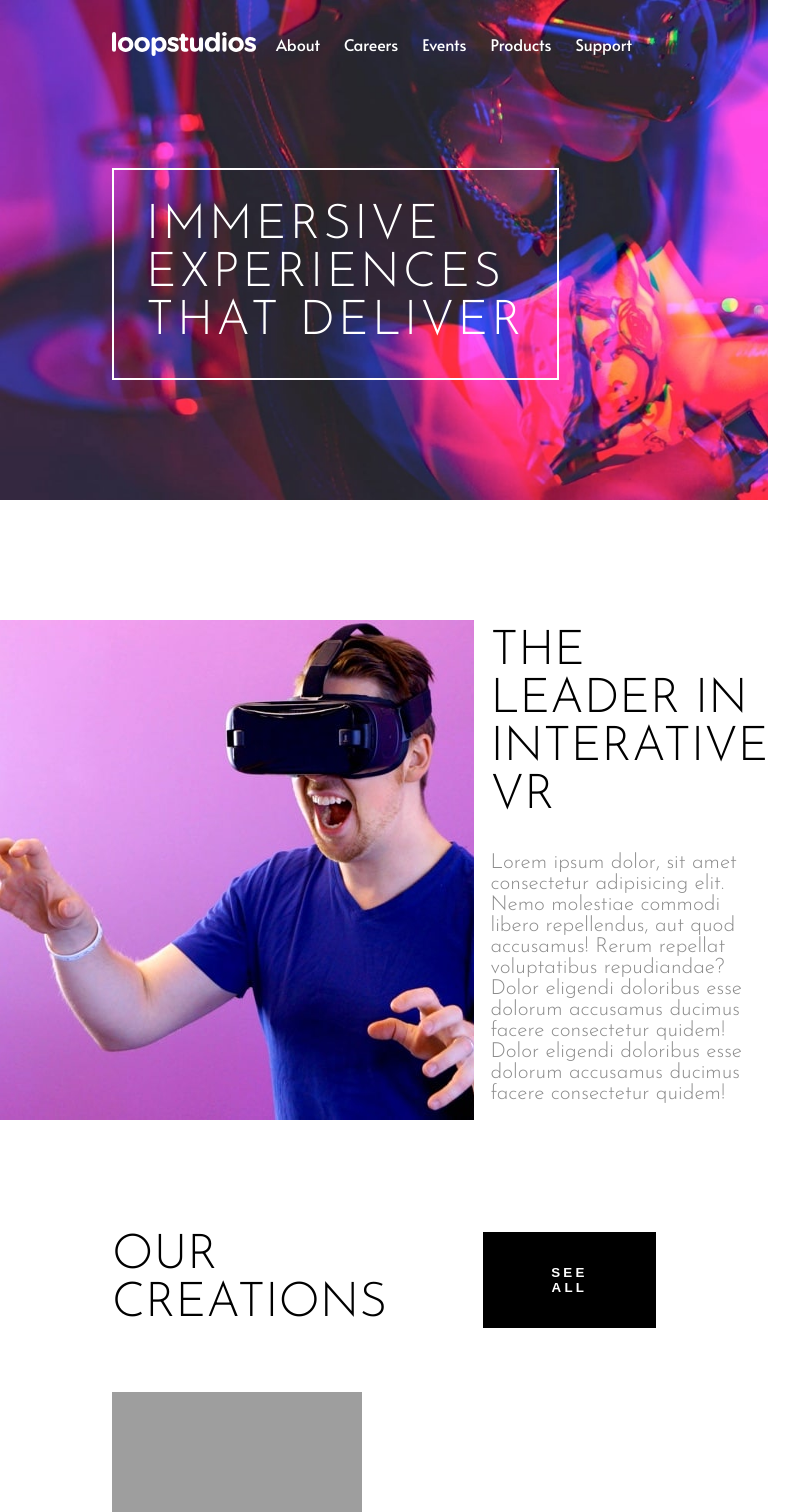
Repository: gligor99/loopstudios-fm
Page: /
An editor plug-in stored every save of this project. The page is shown before and after a run of saves, followed by the edit.
The browser window is 768 px wide. The page is 785 px wide, so the pictures cover 785 px, including what lies to the right of the window. The pictures show the part of the page from y = 0 to 1512 px (the page is 6058 px tall before and 5898 px after).
Pictures or frames that could not be fetched are drawn as grey boxes. Backgrounds fixed to the window are drawn as part of the page. The project was rebuilt for these pictures with package versions that can differ from the ones it lists, and the page was loaded fresh each time.

Above is the page before, as saved 2021-11-28 21:43:47.

After the next 2 saves:
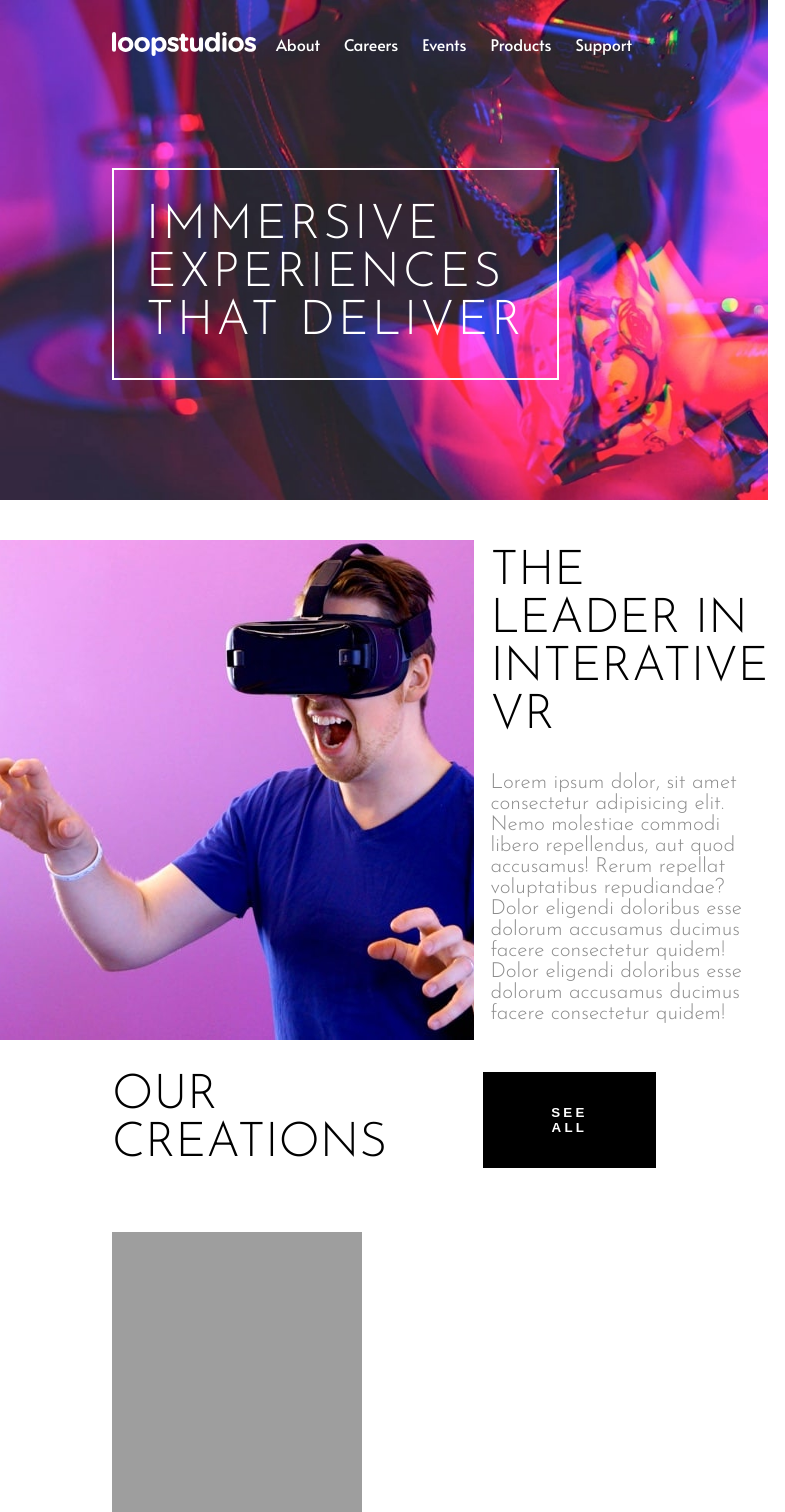
The 2 saves are shown as one change because they came seconds apart.
The last was saved 9 s later.
--- a/src/components/About/about.css
+++ b/src/components/About/about.css
@@ -52,10 +52,7 @@
 }
 @media only screen and (max-width: 850px) {
   .about-container {
-    display: flex;
-    justify-content: center;
-    align-items: flex-end;
     margin: auto;
-    padding: 7rem;
+    padding: 2rem;
   }
 }

After the save that followed:
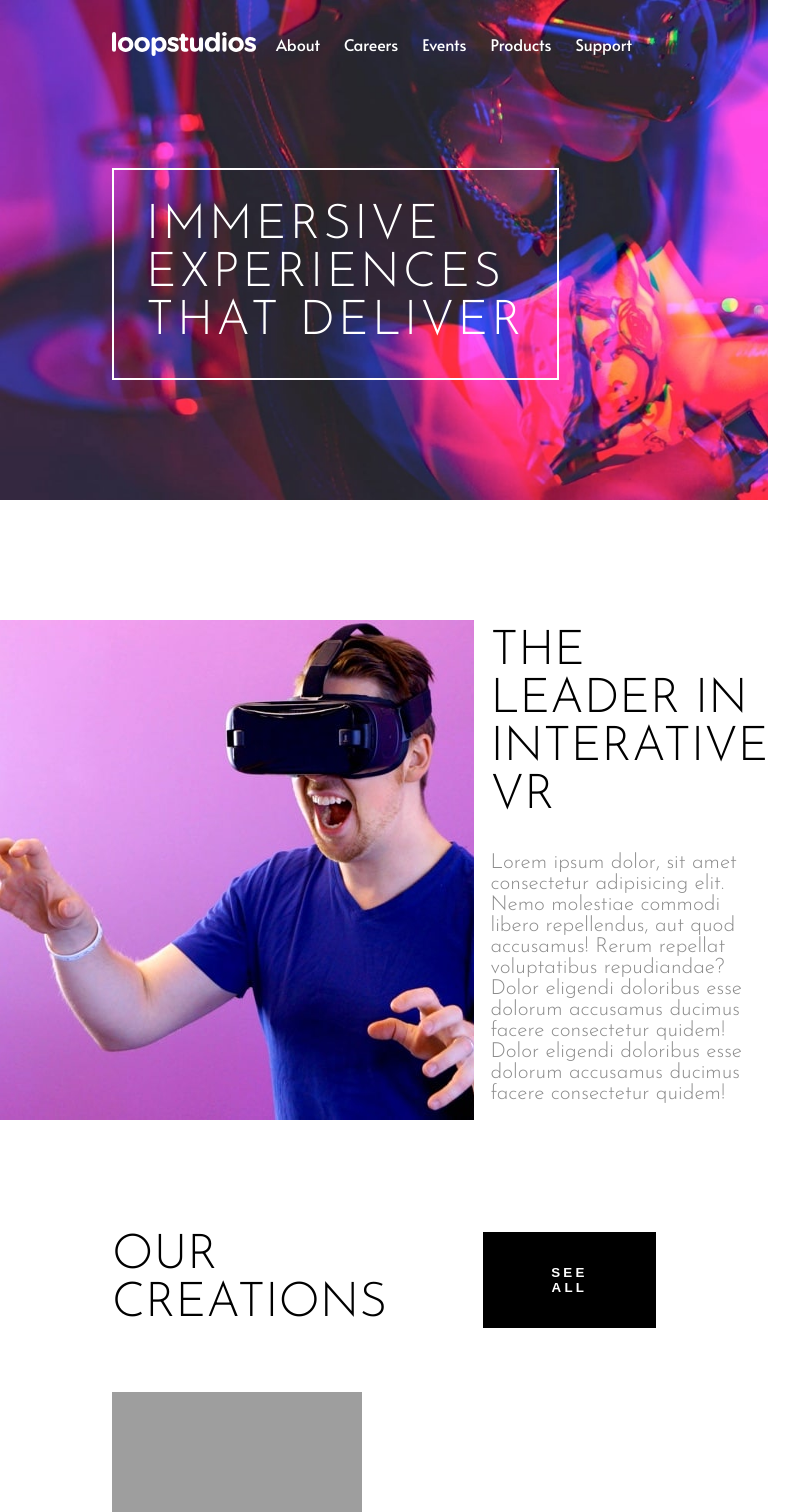
Saved 6 s later.
--- a/src/components/About/about.css
+++ b/src/components/About/about.css
@@ -53,6 +53,6 @@
 @media only screen and (max-width: 850px) {
   .about-container {
     margin: auto;
-    padding: 2rem;
+    padding: 7rem;
   }
 }
